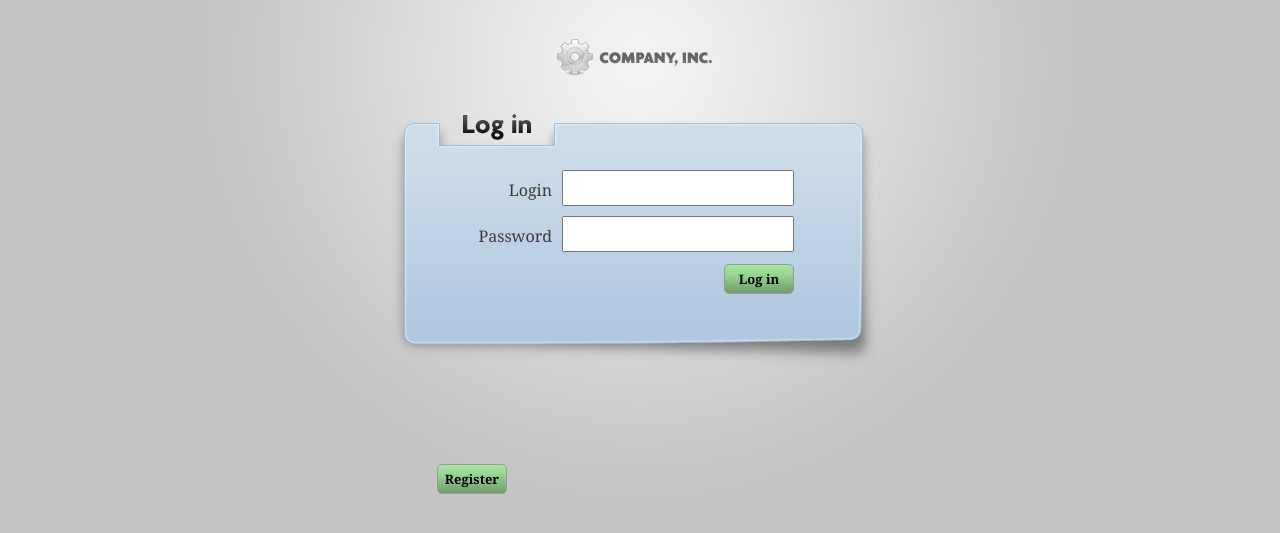
Repository: zlenyk/wrzucak
Page: http://localhost/Shop/
The author's editor kept a copy of each file at every save. The page is drawn from the files as they stood at one save, then again after the next save.
The browser window is 1280 px wide. The pictures show the whole page.
The page is served by Tomcat 9.

Above is the page before, as saved 2013-09-20 10:04:34.

### Shop/WebContent/index.html
<!DOCTYPE html PUBLIC "-//W3C//DTD XHTML 1.0 Transitional//EN" "http://www.w3.org/TR/xhtml1/DTD/xhtml1-transitional.dtd">
<html xmlns="http://www.w3.org/1999/xhtml">

<head>
	<meta http-equiv="Content-Type" content="text/html; charset=UTF-8" />

	<title>Login Page</title>

	<link rel="stylesheet" type="text/css" href="style.css" />

</head>

<body>

	<form id="login-form" method="post" action="http://localhost:8080/Shop/Login">
		<fieldset>

			<legend>Log in</legend>

			<label for="login">Login</label>
			<input type="text" id="login" name="login"/>
			<div class="clear"></div>

			<label for="password">Password</label>
			<input type="password" id="password" name="password"/>
			<div class="clear"></div>

			<input type="hidden" name ="action" value = "login" />

			<br />

			<input type="submit" style="margin: -20px 0 0 287px;" class="button" name="commit" value="Log in"/>
		</fieldset>
	</form>

	<form id="login-form" method="post" action="http://localhost:8080/Shop/Registration">
			<input type="submit" style="margin: 110px 0 0 0px;" class="button" name="commit" value="Register"/>
	</form>
</body>

</html>

### Shop/WebContent/style.css
*					{ margin: 0; padding: 0; }
body				{ font-family: Georgia, serif; background: url(images/login-page-bg.jpg) top center no-repeat #c4c4c4; color: #3a3a3a;  }

.clear				{ clear: both; }

form				{ width: 406px; margin: 170px auto 0; }

legend				{ display: none; }

fieldset			{ border: 0; }

label				{ width: 115px; text-align: right; float: left; margin: 0 10px 0 0; padding: 9px 0 0 0; font-size: 16px; }

input				{ width: 220px; display: block; padding: 4px; margin: 0 0 10px 0; font-size: 18px;
					  color: #3a3a3a; font-family: Georgia, serif;}
input[type=checkbox]{ width: 20px; margin: 0; display: inline-block; }

.button				{ background: url(images/button-bg.png) repeat-x top center; border: 1px solid #999;
					  -moz-border-radius: 5px; padding: 5px; color: black; font-weight: bold;
					  -webkit-border-radius: 5px; font-size: 13px;  width: 70px; }
.button:hover		{ background: white; color: black; }

After the next save:
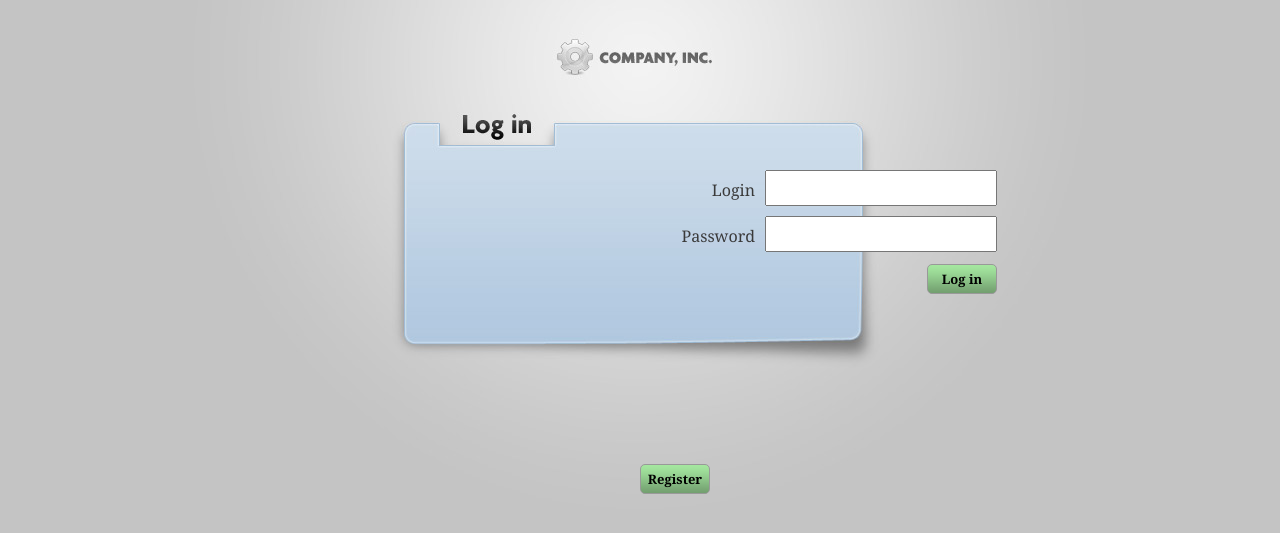
Saved 19 s later.
--- a/Shop/WebContent/style.css
+++ b/Shop/WebContent/style.css
@@ -3,7 +3,7 @@
 
 .clear				{ clear: both; }
 
-form				{ width: 406px; margin: 170px auto 0; }
+form				{ width: 0px; margin: 170px auto 0; }
 
 legend				{ display: none; }
 

After the save that followed:
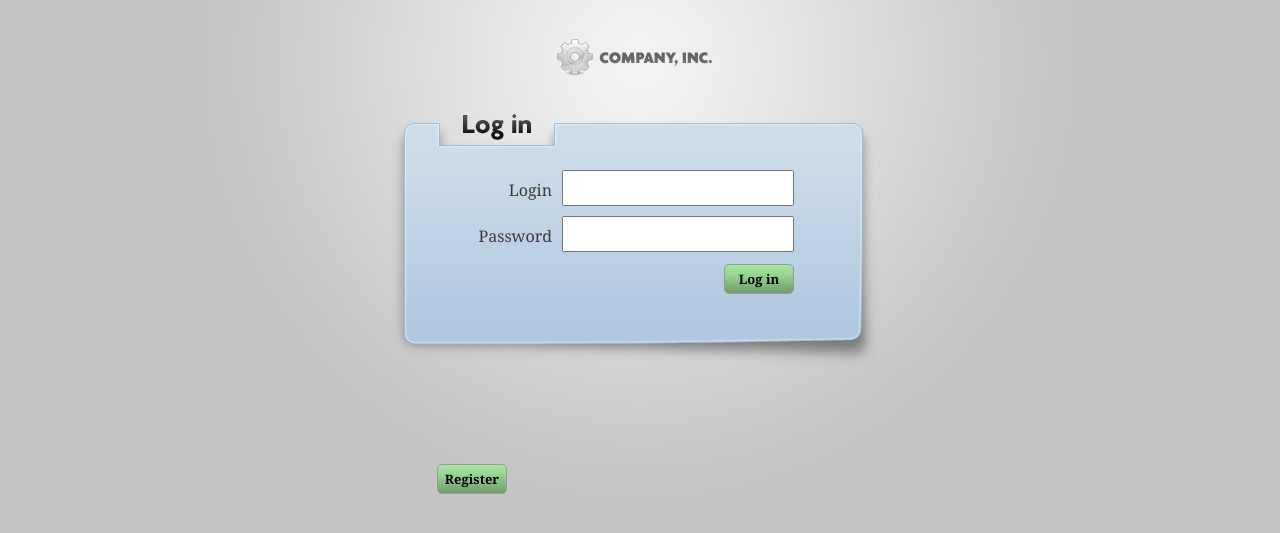
Saved 9 s later.
--- a/Shop/WebContent/style.css
+++ b/Shop/WebContent/style.css
@@ -3,7 +3,7 @@
 
 .clear				{ clear: both; }
 
-form				{ width: 0px; margin: 170px auto 0; }
+form				{ width: 406px; margin: 170px auto 0; }
 
 legend				{ display: none; }
 
